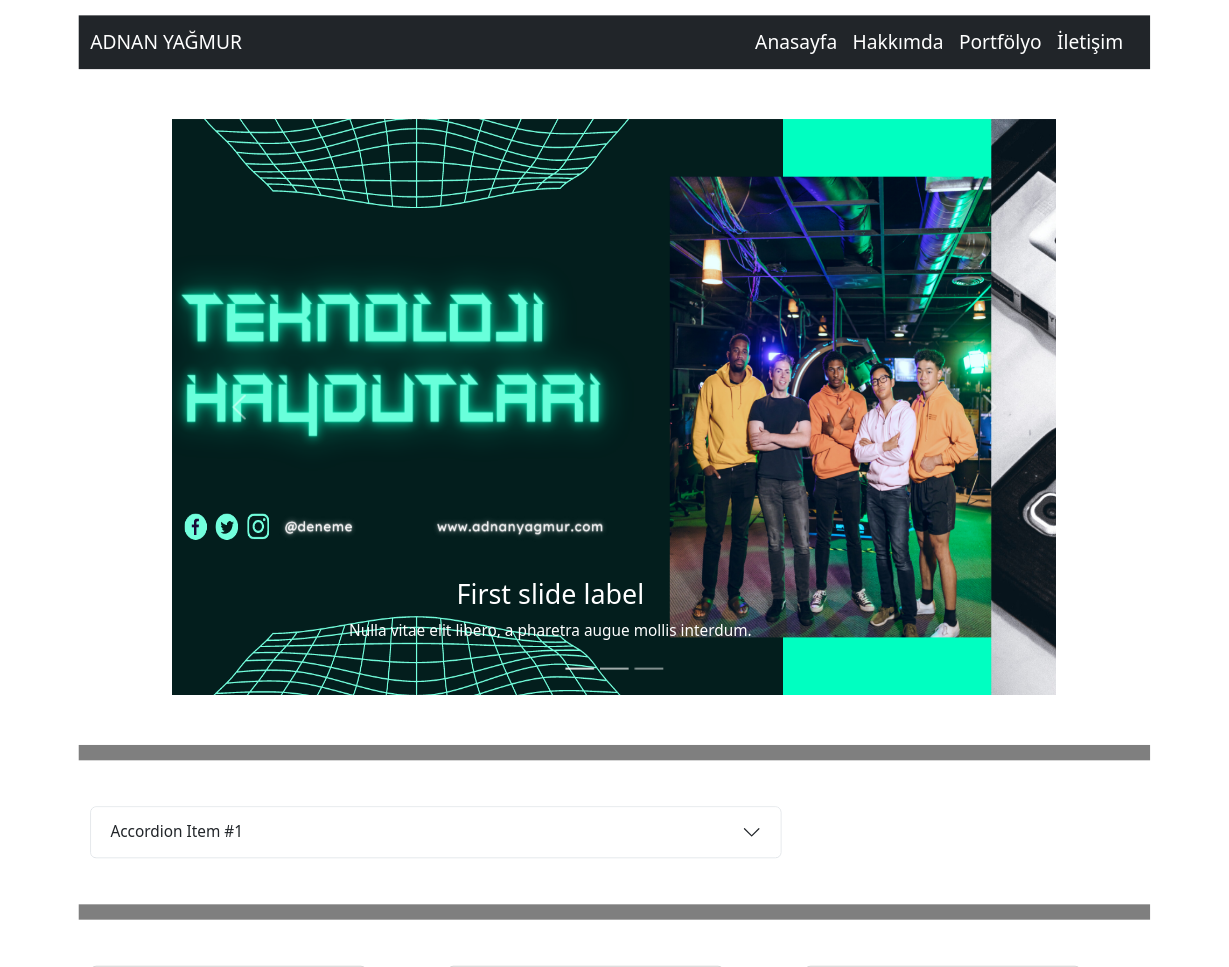
Repository: adnanyagmur/react-bootstrap-example
Page: /
These files come from the project's save history. The page is drawn as it stood at one moment and after a run of saves; the edit follows.
The browser window is 1280 px wide. The pictures show the part of the page from y = 0 to 1007 px (the page is 2034 px tall before and 2102 px after), at 96% of full size.
Pictures or frames that could not be fetched are drawn as grey boxes. The project was rebuilt for these pictures with package versions that can differ from the ones it lists, and the page was loaded fresh each time.

Above is the page before, as saved 2022-06-29 12:22:15.

After the next 2 saves:
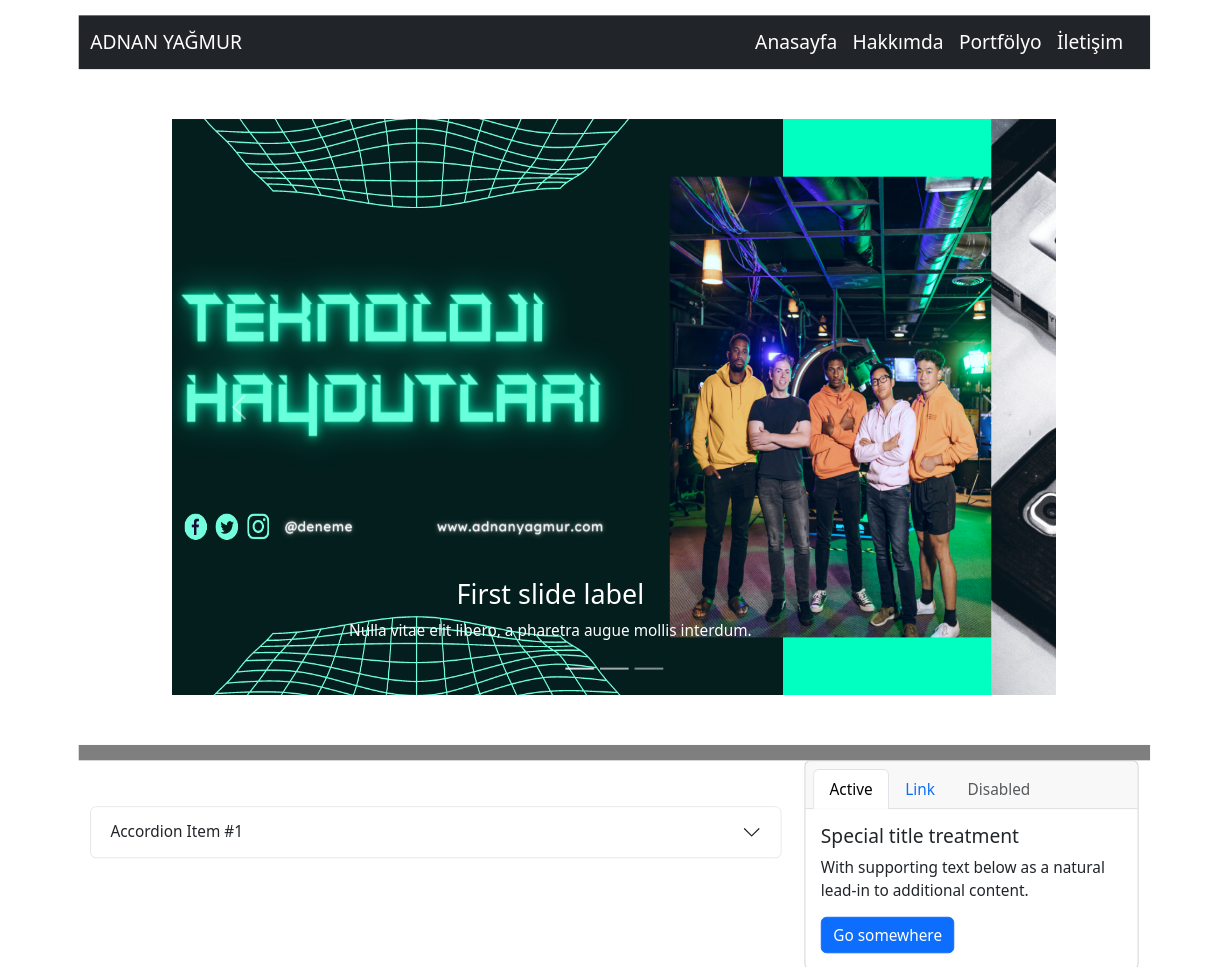
The 2 saves are shown as one change because 1 did not build or start.
The last was saved 4 min 29 s later.
--- a/src/appComponents/AppContainer.jsx
+++ b/src/appComponents/AppContainer.jsx
@@ -1,4 +1,4 @@
-import {Placeholder,Accordion,Container,Card,Button, Row, Col} from "react-bootstrap"
+import {Nav,Placeholder,Accordion,Container,Card,Button, Row, Col} from "react-bootstrap"
 
 const AppContainer = () => {
 
@@ -26,6 +26,30 @@ const AppContainer = () => {
 
             </Col>
         <Col sm={4}>
+        <Card>
+      <Card.Header>
+        <Nav variant="tabs" defaultActiveKey="#first">
+          <Nav.Item>
+            <Nav.Link href="#first">Active</Nav.Link>
+          </Nav.Item>
+          <Nav.Item>
+            <Nav.Link href="#link">Link</Nav.Link>
+          </Nav.Item>
+          <Nav.Item>
+            <Nav.Link href="#disabled" disabled>
+              Disabled
+            </Nav.Link>
+          </Nav.Item>
+        </Nav>
+      </Card.Header>
+      <Card.Body>
+        <Card.Title>Special title treatment</Card.Title>
+        <Card.Text>
+          With supporting text below as a natural lead-in to additional content.
+        </Card.Text>
+        <Button variant="primary">Go somewhere</Button>
+      </Card.Body>
+    </Card>
 
         </Col>
 
